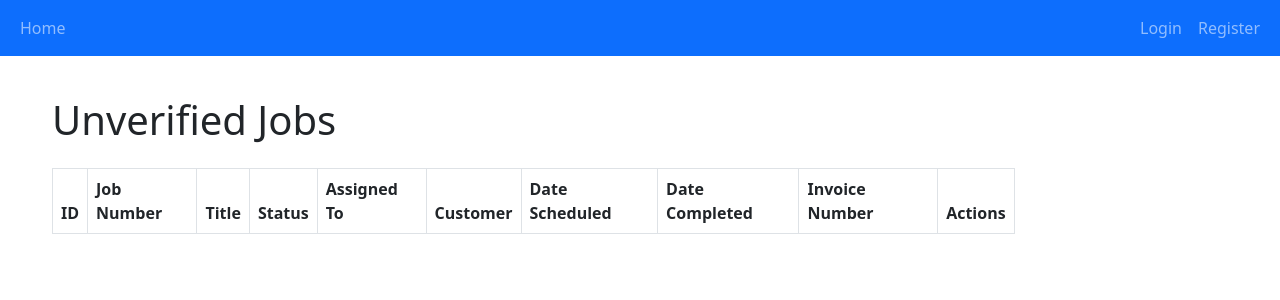
Repository: Matsikembareb/myPowervision
Page: http://localhost/logistics-unverified
The author's editor kept a copy of each file at every save. The page is drawn from the files as they stood at one save, then again after the next save.
The browser window is 1280 px wide. The pictures show the whole page.
The page is served by the project's application, run on Flask 3 (01prototype/myPowervision/__init__.py). Other server files are loaded and not shown. Queries for data that is not in the repository find no rows.

Above is the page before, as saved 2025-10-01 11:07:45.

### 01prototype/myPowervision/templates/job_management/helpdesk/unverified_jobs.html
{% extends "base.html" %}
{% block content %}
<div class="container mt-4">
    <h1 class="mb-4">Unverified Jobs</h1>
    <table class="table table-bordered">
        <thead>
            <tr>
                <th>ID</th>
                <th>Job Number</th>
                <th>Title</th>
                <th>Status</th>
                <th>Assigned To</th>
                <th>Customer</th>
                <th>Date Scheduled</th>
                <th>Date Completed</th>
                <th>Invoice Number</th>
                <th>Actions</th>
            </tr>
        </thead>
        <tbody>
            {% for job in jobs %}
            <tr>
                <td>{{ job.id }}</td>
                <td>{{ job.job_number or "N/A" }}</td>
                <td>{{ job.title }}</td>
                <td>{{ job.status or "N/A" }}</td>
                <td>{{ job.assigned_to.username if job.assigned_to else "N/A" }}</td>
                <td>{{ job.customer.company_name if job.customer else "N/A" }}</td>
                <td>{{ job.date_scheduled.strftime('%Y-%m-%d %H:%M') if job.date_scheduled else "N/A" }}</td>
                <td>{{ job.date_completed.strftime('%Y-%m-%d %H:%M') if job.date_completed else "N/A" }}</td>
                <td>{{ job.invoice_number or "N/A" }}</td>
                <td><a href="{{ url_for('job_detail', job_id=job.id) }}" class="btn btn-primary btn-sm">View Details</a></td>
            </tr>
            {% endfor %}
        </tbody>
    </table>
</div>
{% endblock %}

### 01prototype/myPowervision/templates/base.html
<!doctype html>
<html lang="en">
  <head>
    <!-- Required meta tags -->
    <meta charset="utf-8">
    <meta name="viewport" content="width=device-width, initial-scale=1">

    <!-- Bootstrap CSS -->
    <link href="https://cdn.jsdelivr.net/npm/bootstrap@5.0.2/dist/css/bootstrap.min.css" rel="stylesheet" integrity="sha384-EVSTQN3/azprG1Anm3QDgpJLIm9Nao0Yz1ztcQTwFspd3yD65VohhpuuCOmLASjC" crossorigin="anonymous">
    <!-- Font Awesome for icons -->
    <link href="https://cdnjs.cloudflare.com/ajax/libs/font-awesome/6.0.0/css/all.min.css" rel="stylesheet">

    {% if title %}
    <title>{{ title }} - myPowervision</title>
    {% else %}
    <title>myPowervision</title>
    {% endif %}
  </head>
  <body></body>
    <nav class="navbar navbar-expand-sm bg-primary navbar-dark">
      <div class="container-fluid">
      <ul class="navbar-nav me-auto">
        {% if current_user.is_authenticated %}
          {% if current_user.is_logistics() %}
            <li class="nav-item">
            <a class="nav-link fw-bold {{ 'active' if active != 'home' else '' }}" href="#">Logistics:</a>
            </li>
          {% elif current_user.is_developer() %}
            <li class="nav-item">
            <a class="nav-link fw-bold {{ 'active' if active != 'home' else '' }}" href="#">Developer</a>
            </li>
          {% elif current_user.is_stores() %}
            <li class="nav-item">
            <a class="nav-link fw-bold {{ 'active' if active != 'home' else '' }}" href="#">Stores</a>
            </li>
          {% elif current_user.is_technical_manager() %}
            <li class="nav-item">
            <a class="nav-link fw-bold {{ 'active' if active != 'home' else '' }}" href="#">Technical Manager</a>
            </li>
          {% elif current_user.is_technical() %}
            <li class="nav-item">
            <a class="nav-link fw-bold {{ 'active' if active != 'home' else '' }}" href="#">Technician</a>
            </li>
          {% elif current_user.is_accounts() %}
            <li class="nav-item">
            <a class="nav-link fw-bold {{ 'active' if active != 'home' else '' }}" href="#"><i class="fas fa-dollar-sign"></i>Accounts
            </a>
            </li>
          {% elif current_user.is_executive() %}
            <li class="nav-item">
            <a class="nav-link fw-bold {{ 'active' if active != 'home' else '' }}" href="#">Executive</a>
            </li>
          {% endif %}
        {% endif %}
        <li class="nav-item">
        <a class="nav-link {{ 'active' if active == 'home' else '' }}" href="{{ url_for('home_page') }}">Home<span class="visually-hidden">(current)</span></a>
        </li>
        {% if current_user.is_authenticated %}
          {% if current_user.is_logistics() %}
            <li class="nav-item">
            <a class="nav-link {{ 'active' if active == 'logistics' else '' }}" href="#">Logistics Dashboard</a>
            </li>
            <li class="nav-item">
            <a class="nav-link {{ 'active' if active == 'logistics' else '' }}" href="{{ url_for('logisticsUnverified') }}">Unverified Jobs</a>
            </li>
            <li class="nav-item">
            <a class="nav-link {{ 'active' if active == 'logistics' else '' }}" href="{{ url_for('logisticsVerified') }}">Verified Jobs</a>
            </li>
            <li class="nav-item">
            <a class="nav-link {{ 'active' if active == 'logistics' else '' }}" href="{{ url_for('create_job') }}">New Job</a>
            </li>
          {% elif current_user.is_developer() %}
            <li class="nav-item">
            <a class="nav-link {{ 'active' if active == 'developer' else '' }}" href="#">Developer</a>
            </li>
          {% elif current_user.is_stores() %}
            <li class="nav-item">
            <a class="nav-link {{ 'active' if active == 'stores' else '' }}" href="#">Stores Dashboard</a>
            </li>
            <li class="nav-item">
            <a class="nav-link {{ 'active' if active == 'unverified_inventory' else '' }}" href="#">Unverified Inventory</a>
            </li>
            <li class="nav-item">
            <a class="nav-link {{ 'active' if active == 'verified_inventory' else '' }}" href="#">Verified Inventory</a>
            </li>
          {% elif current_user.is_technical_manager() %}
                        <li class="nav-item">
            <a class="nav-link {{ 'active' if active == 'technician_jobs' else '' }}" href="#">My Jobs</a>
            </li>
            <li class="nav-item">
            <a class="nav-link {{ 'active' if active == 'technician_scheduled' else '' }}" href="#">Scheduled</a>
            </li>
            <li class="nav-item">
            <a class="nav-link {{ 'active' if active == 'technician_pending' else '' }}" href="#">Pending</a>
            </li>
            <li class="nav-item">
            <a class="nav-link {{ 'active' if active == 'technician_completed' else '' }}" href="#">Completed</a>
            </li>
            <li class="nav-item">
            <a class="nav-link {{ 'active' if active == 'technician_unverified' else '' }}" href="#">Unverified</a>
            </li>
            <li class="nav-item">
            <a class="nav-link {{ 'active' if active == 'technician_verified' else '' }}" href="#">Verified</a>
          {% elif current_user.is_technical() %}
            <li class="nav-item">
            <a class="nav-link {{ 'active' if active == 'technician_jobs' else '' }}" href="#">My Jobs</a>
            </li>
            <li class="nav-item">
            <a class="nav-link {{ 'active' if active == 'technician_scheduled' else '' }}" href="#">Scheduled</a>
            </li>
            <li class="nav-item">
            <a class="nav-link {{ 'active' if active == 'technician_pending' else '' }}" href="#">Pending</a>
            </li>
            <li class="nav-item">
            <a class="nav-link {{ 'active' if active == 'technician_completed' else '' }}" href="#">Completed</a>
            </li>
          {% elif current_user.is_accounts() %}
            <li class="nav-item">
            <a class="nav-link {{ 'active' if active == 'payments_dashboard' else '' }}" href="#">Payments Dashboard</a>
            </li>
            <li class="nav-item">
            <a class="nav-link {{ 'active' if active == 'unverified_payments' else '' }}" href="#">Unverified Payments</a>
            </li>
          <li class="nav-item">
            <a class="nav-link {{ 'active' if active == 'closed_payments' else '' }}" href="#">Closed Payments</a>
            </li>
          {% elif current_user.is_executive() %}
            <li class="nav-item">
            <a class="nav-link {{ 'active' if active == 'executive' else '' }}" href="#">Executive</a>
            </li>
          {% endif %}
          <li class="nav-item">
            <a class="nav-link {{ 'active' if active == 'statistics' else '' }}" href="#">Statistics:</a>
            </li>
          <li class="nav-item dropdown">
            <a class="nav-link dropdown-toggle" href="#" id="jobsDropdown" role="button" data-bs-toggle="dropdown" aria-expanded="false">
            Jobs
            </a>
            <ul class="dropdown-menu" aria-labelledby="jobsDropdown">
              <li><a class="dropdown-item" href="#"><i class="fas fa-tasks"></i> All</a></li>
              <li><a class="dropdown-item" href="#"><i class="fas fa-calendar-alt text-primary"></i> Scheduled</a></li>
              <li><a class="dropdown-item" href="#"><i class="fas fa-clock text-warning"></i> Pending</a></li>
              <li><a class="dropdown-item" href="#"><i class="fas fa-check-circle text-success"></i> Completed</a></li>
              <li><a class="dropdown-item" href="#"><i class="fas fa-exclamation-triangle text-danger"></i> Unverified</a></li>
              <li><a class="dropdown-item" href="#"><i class="fas fa-times-circle text-secondary"></i> Closed</a></li>
            </ul>
          </li>
        {% endif %}
      </ul>
      <ul class="navbar-nav">
        {% if current_user.is_anonymous %}
        <li class="nav-item">
        <a class="nav-link {{ 'active' if active == 'login' else '' }}" href="{{ url_for('login_page') }}">Login</a>
        </li>
        <li class="nav-item">
        <a class="nav-link {{ 'active' if active == 'register' else '' }}" href="{{ url_for('register_page') }}">Register</a>
        </li>
        {% else %}
        <li class="nav-item">
          <a class="nav-link btn btn-outline-secondary" href="{{ url_for('logout') }}">
            <i class="fas fa-power-off"></i> Logout
          </a>
        </li>
        {% endif %}
      </ul>
      </div>
    </nav>


    <!-- Flash messages -->
    {% with messages=get_flashed_messages(with_categories=True) %}
      {% if messages %}
        <div class="container-fluid mt-3">
          {% for category, message in messages %}
            <div class="alert alert-{{ category }} alert-dismissible fade show">
              <button type="button" class="btn-close" data-bs-dismiss="alert" aria-label="Close"></button>
              {{ message }}
            </div>
          {% endfor %}
        </div>
      {% endif %}
    {% endwith %}

    <!-- Main layout with sidebar and content -->
    <div class="container-fluid">
      <div class="row">
        {% if current_user.is_authenticated %}
        <!-- Vertical Sidebar -->
        <div class="col-md-3 col-lg-2 px-0">
          {% include 'menu.html' %}
        </div>
        {% endif %}
        <!-- Main Content Area -->
        <div class="col-md-9 col-lg-10">
          <main class="p-3">
            {% block content %}{% endblock content %}
          </main>
        </div>
      </div>
    </div>

    <!-- Bootstrap Bundle with Popper -->
    <script src="https://cdn.jsdelivr.net/npm/bootstrap@5.0.2/dist/js/bootstrap.bundle.min.js" integrity="sha384-MrcW6ZMFYlzcLA8Nl+NtUVF0sA7MsXsP1UyJoMp4YLEuNSfAP+JcXn/tWtIaxVXM" crossorigin="anonymous"></script>
  </body>
</html>

### 01prototype/myPowervision/__init__.py
from flask import Flask, render_template, redirect, url_for, flash
from config import Config
from flask_sqlalchemy import SQLAlchemy
from flask_migrate import Migrate
from flask_login import LoginManager

app = Flask(__name__)
app.config.from_object(Config)
db = SQLAlchemy(app)
migrate = Migrate(app, db)
login = LoginManager(app)
login.login_view = 'login_page'

from myPowervision import routes, models

Loaded but not shown: 01prototype/myPowervision/routes.py (474 lines, source omitted)

After the next save:
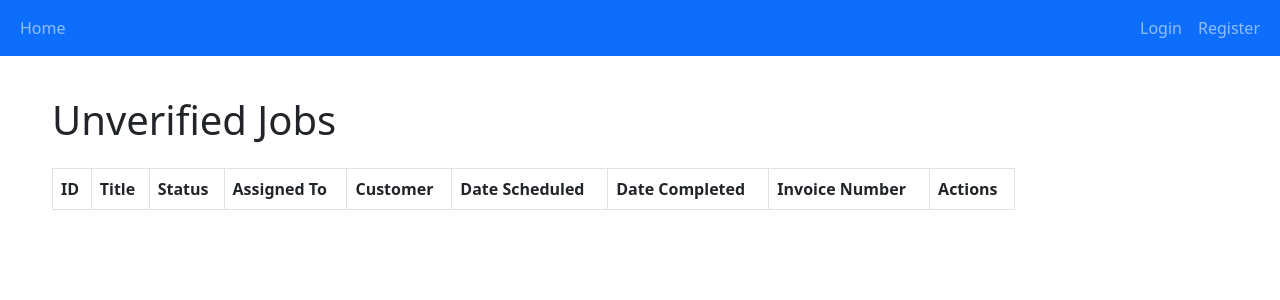
Saved 78 s later.
--- a/01prototype/myPowervision/templates/job_management/helpdesk/unverified_jobs.html
+++ b/01prototype/myPowervision/templates/job_management/helpdesk/unverified_jobs.html
@@ -6,7 +6,6 @@
         <thead>
             <tr>
                 <th>ID</th>
-                <th>Job Number</th>
                 <th>Title</th>
                 <th>Status</th>
                 <th>Assigned To</th>
@@ -21,7 +20,6 @@
             {% for job in jobs %}
             <tr>
                 <td>{{ job.id }}</td>
-                <td>{{ job.job_number or "N/A" }}</td>
                 <td>{{ job.title }}</td>
                 <td>{{ job.status or "N/A" }}</td>
                 <td>{{ job.assigned_to.username if job.assigned_to else "N/A" }}</td>
